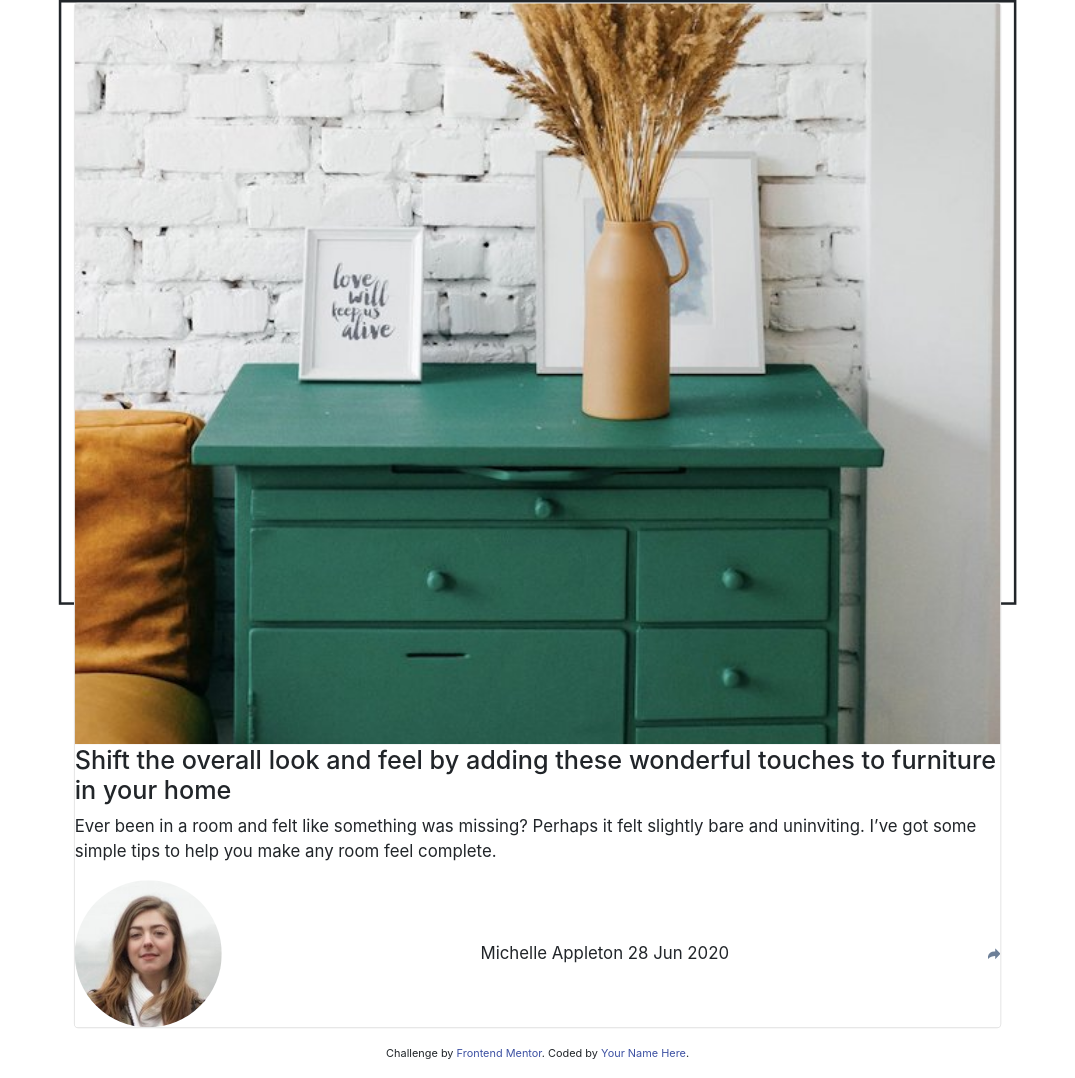
Repository: timiodulate/Article-Preview-Component
Page: index.html
An editor plug-in stored every save of this project. The page is shown before and after a run of saves, followed by the edit.
The browser window is 1280 px wide. The pictures show the whole page, at 84% of full size.

Above is the page before, as saved 2020-07-11 11:31:26.

### index.html
<!DOCTYPE html>
<html lang="en">
<head>
  <meta charset="UTF-8">
  <meta name="viewport" content="width=device-width, initial-scale=1.0"> <!-- displays site properly based on user's device -->

  <link rel="icon" type="image/png" sizes="32x32" href="./images/favicon-32x32.png">

  <!-- Bootstrap -->
  <link rel="stylesheet" href="./css/bootstrap.min.css">

  <!-- Custom Style -->
  <link rel="stylesheet" href="./css/style.css">

  <title>Frontend Mentor | Article preview component</title>
</head>
<body>

  <div class="container d-flex flex-column justify-content-between align-items-center" style="border: solid;">

    <div class=" card">

        <img src="./images/drawers.jpg" alt="" class="card-img-top">

      <div class="textContainer ">
        <h4>
          Shift the overall look and feel by adding these wonderful
          touches to furniture in your home
        </h4>
        <p>
          Ever been in a room and felt like something was missing? Perhaps
          it felt slightly bare and uninviting. I’ve got some simple tips
          to help you make any room feel complete.
        </p>
        <div class="userDetails d-flex justify-content-between align-items-center">

          <img src="./images/avatar-michelle.jpg" alt="" class="rounded-circle img-fluid">
          <div class="nameDate">
            Michelle Appleton
            28 Jun 2020
          </div>
          <img src="./images/icon-share.svg" alt="">
        </div>
      </div>
    </div>
    <div class="attribution">
      Challenge by <a href="https://www.frontendmentor.io?ref=challenge" target="_blank">Frontend Mentor</a>.
      Coded by <a href="#">Your Name Here</a>.
    </div>
  </>

  <script src="https://code.jquery.com/jquery-3.5.1.slim.min.js" integrity="sha384-DfXdz2htPH0lsSSs5nCTpuj/zy4C+OGpamoFVy38MVBnE+IbbVYUew+OrCXaRkfj" crossorigin="anonymous"></script>
  <script src="./js/bootstrap.min.js"></script>
</body>
</html>

### css/style.css
@import url('http://fonts.googleapis.com/css?family=Raleway:400|Open+Sans:500');

/* Global Resets */
* {
    padding: 0;
    margin: 0;
    box-sizing: border-box;
}

html {
    font-size: 20px;

    /* font-family */
    --header: Raleway;
    --body: Open Sans;

    /* font-weight */
    --normal: 400;
    --bold: 700;

    /* color */
    --footer: hsl(243, 87%, 12%);
    --last-section: hsl(238, 22%, 44%);
    --button: hsl(224, 93%, 58%);
    --anchor: hsl(170, 45%, 43%);
    --card-bg: hsl(240, 75%, 98%);
    --placeholder: hsl(0, 0%, 75%);
    --text: white;
}

/* Dark mode */
/* html[data-theme = 'dark'] {

} */

body {
    height: 100vh;
    width: 100vw;
    /* background-image: url(../images/bg-intro-desktop.png); */
    /* background-color: var(--red); */
    /* background-blend-mode: screen; */
}

button {
    cursor: pointer;
    padding: 12px 50px;
    border: none;
    border-radius: .3rem;
    font-size: .7rem;
    font-family: var(--header), sans-serif;

    background-color: var(--button);
    color: white;
}

ul {
    list-style: none;
}

li {
    text-decoration: none;
}

a  {
    text-decoration: none;
}



/* header */
.container {
    width: 100%;
    height: 100%;
}

/* nav */



/* main */


/* section */



/* footer */
footer .footer-container {
    display: grid;
    grid-template-columns: repeat(4, 1fr);
    margin-bottom: 30px;
}
.attribution {
    font-size: 13px;
    text-align: center;
    /* color: var(--text); */
    padding: 20px;
}
.attribution a {
    color: hsl(228, 45%, 44%);
    text-decoration: none;
}



/* Media Queries - Responsiveness */
/* LG - Large Screen */
/* @media only screen and (max-width: 992px) {

} */

/* MD - Medium Screen */
/* @media only screen and (max-width: 765px) {
    body {
        justify-content: initial;
	height: fit-content;
    }

    footer .footer-container {
        grid-template-columns: 1fr;
        margin-bottom: 20px;
        row-gap: 15px;
    }

    .attribution {
        font-size: .6rem;
        padding: 20px 10px;
        color: white;
    }
} */

/* SM - Small Screen */
/* @media only screen and (max-width: 576px){

} */


/* @timiodulate css template */

Loaded but not shown: css/bootstrap.min.css (library); js/bootstrap.min.js (library)

After the next 3 saves:
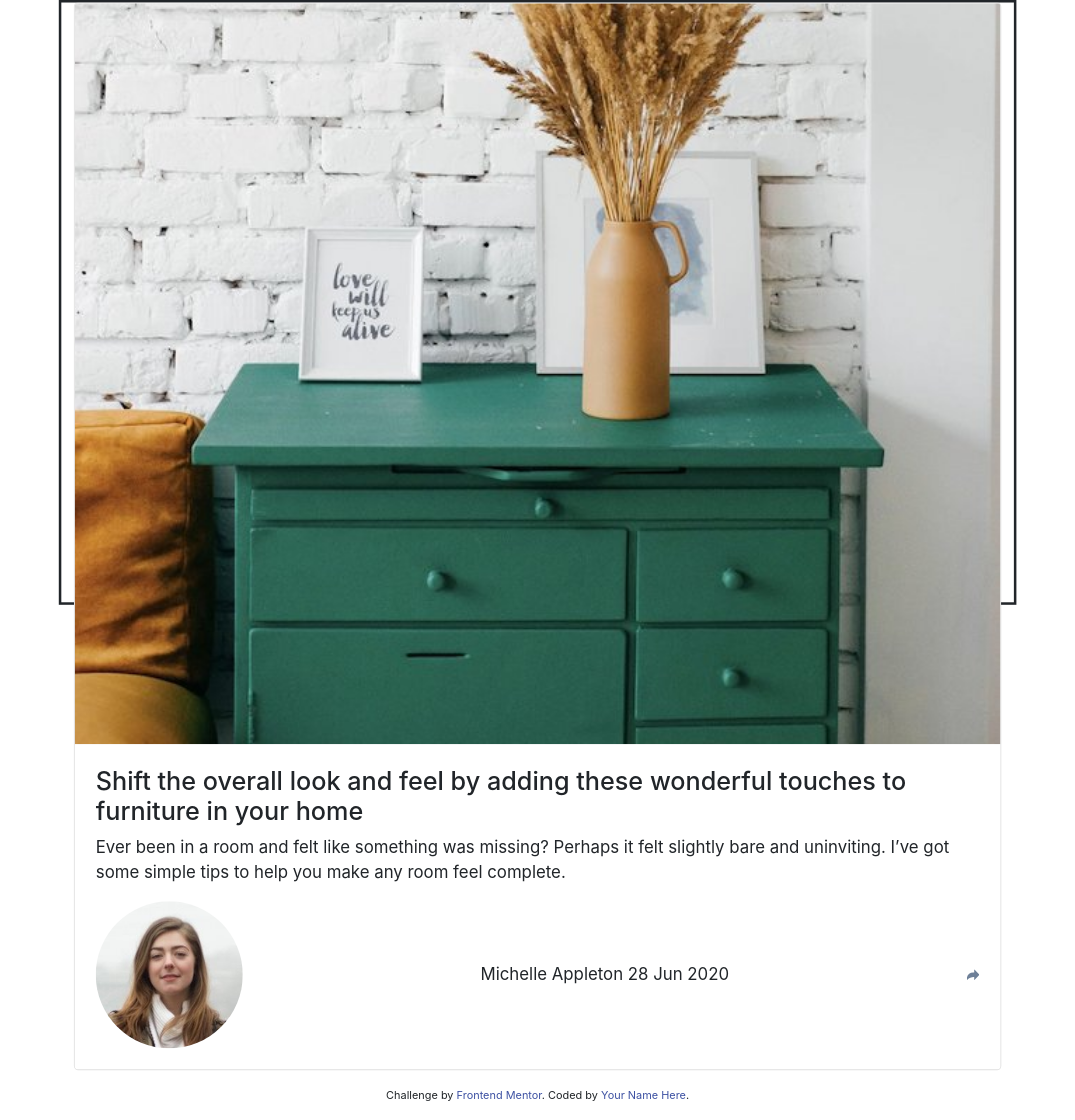
The 3 saves are shown as one change because they came seconds apart.
The last was saved 8 s later.
--- a/index.html
+++ b/index.html
@@ -22,7 +22,7 @@
 
         <img src="./images/drawers.jpg" alt="" class="card-img-top">
 
-      <div class="textContainer ">
+      <div class="card-body ">
         <h4>
           Shift the overall look and feel by adding these wonderful
           touches to furniture in your home
